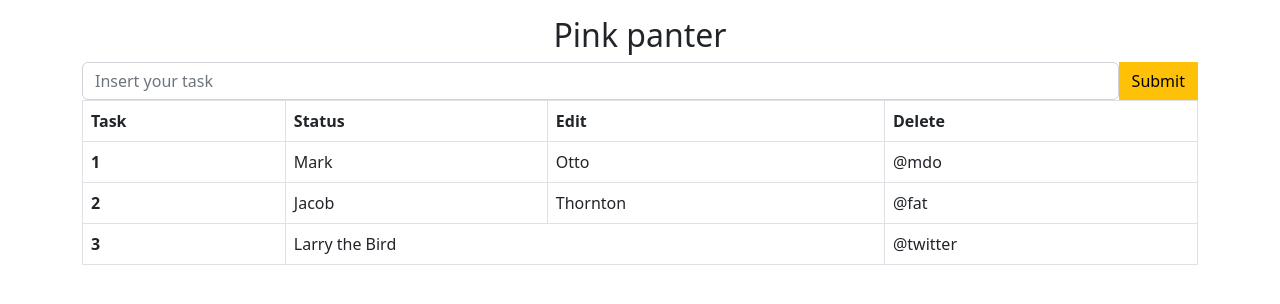
Repository: Wladomax/todo-vue
Page: /
These files come from the project's save history. The page is drawn as it stood at one moment and after the next save; the edit follows.
The browser window is 1280 px wide. The pictures show the whole page.
The project was rebuilt for these pictures with package versions that can differ from the ones it lists, and the page was loaded fresh each time. Also part of the build but not shown: vue.config.js.

Above is the page before, as saved 2023-01-01 11:41:51.

### src/main.js
import { createApp } from "vue";
import App from "./App.vue";
import "bootstrap/dist/css/bootstrap.min.css";

createApp(App).mount("#app");

### src/App.vue
<template>
  <div>
    <ToDo></ToDo>
  </div>
</template>

<script>
import ToDo from "./components/ToDo.vue";

export default {
  name: "App",
  components: {
    ToDo,
  },
};
</script>

<style></style>

### src/components/ToDo.vue
<template>
  <div class="container">
    <h2 class="text-center mt-3">Pink panter</h2>

    <!-- input -->
    <div class="d-flex">
      <input type="text" placeholder="Insert your task" class="form-control" />
      <button class="btn btn-warning rounded-0">Submit</button>
    </div>

    <!-- Table-->
    <table class="table table-bordered">
      <thead>
        <tr>
          <th scope="col">Task</th>
          <th scope="col">Status</th>
          <th scope="col">Edit</th>
          <th scope="col">Delete</th>
        </tr>
      </thead>
      <tbody>
        <tr>
          <th scope="row">1</th>
          <td>Mark</td>
          <td>Otto</td>
          <td>@mdo</td>
        </tr>
        <tr>
          <th scope="row">2</th>
          <td>Jacob</td>
          <td>Thornton</td>
          <td>@fat</td>
        </tr>
        <tr>
          <th scope="row">3</th>
          <td colspan="2">Larry the Bird</td>
          <td>@twitter</td>
        </tr>
      </tbody>
    </table>
  </div>
</template>

<script>
export default {
  name: "ToDo",
  props: {
    msg: String,
  },
};
</script>

<style scoped></style>

Loaded but not shown: public/index.html (common file)

After the next save:
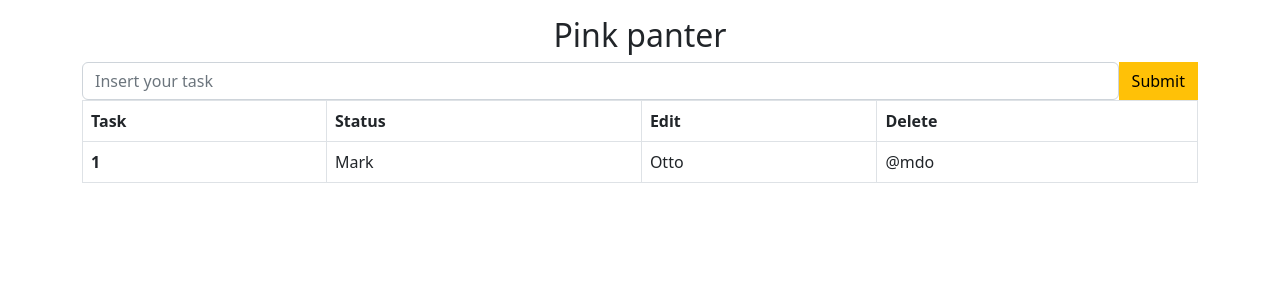
Saved 32 s later.
--- a/src/components/ToDo.vue
+++ b/src/components/ToDo.vue
@@ -25,17 +25,6 @@
           <td>Otto</td>
           <td>@mdo</td>
         </tr>
-        <tr>
-          <th scope="row">2</th>
-          <td>Jacob</td>
-          <td>Thornton</td>
-          <td>@fat</td>
-        </tr>
-        <tr>
-          <th scope="row">3</th>
-          <td colspan="2">Larry the Bird</td>
-          <td>@twitter</td>
-        </tr>
       </tbody>
     </table>
   </div>
